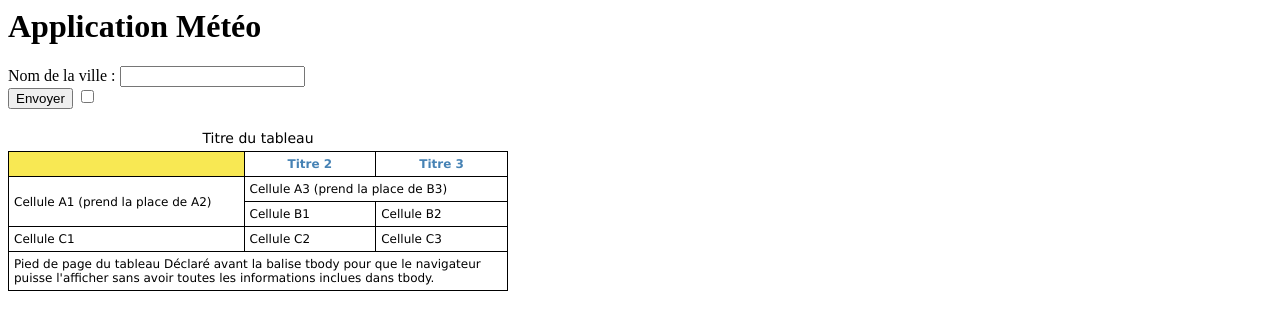
Repository: IFATech-Metz/dev-log-4
Page: projet.html
These files come from the project's save history. The page is drawn as it stood at one moment and after the next save; the edit follows.
The browser window is 1280 px wide. The pictures show the whole page.
The page's requests for data from a server got no answer.

Above is the page before, as saved 2019-01-21 20:17:05.

### projet.html
<html>
    <head>
        <title>Météo du jour</title>
        <script src="meteo.js"></script>
        <link rel="stylesheet" type="text/css" href="style.css">
    </head>
    <body onload="init_page()">
        <h1>Application M&eacute;t&eacute;o</h1>
        <p>
            Nom de la ville :
            <input type="text" id="ville" value=""><br>

            <button type="button" onclick="get_temperature()">Envoyer</button>
            <input type="checkbox" id="url_visibility">

        </p>

       <div id="url">
       </div>

        <div id="meteo">
        </div>
        <table rules="all" cellpadding="5px" style="width:500px; border:solid 1px black; font-family:verdana; font-size:12px;">
            <caption style="margin:5px; font-size:14px;">Titre du tableau</caption>
            <thead>
               <tr style="color:steelblue;">
                  <th  id="meteo"></th>
                  <th>Titre 2</th>
                  <th>Titre 3</th>
               </tr>
            </thead>
            <tfoot>
               <tr>
                  <td colspan="3">
                  Pied de page du tableau
                  Déclaré avant la balise tbody pour que le navigateur puisse l'afficher
                  sans avoir toutes les informations inclues dans tbody.
                  </td>
               </tr>
            </tfoot>
            <tbody>
               <tr>
                  <td rowspan="2">Cellule A1 (prend la place de A2)</td>
                  <td colspan="2">Cellule A3 (prend la place de B3)</td>
               </tr>
               <tr>
                  <td>Cellule B1</td>
                  <td>Cellule B2</td>
               </tr>
               <tr>
                  <td>Cellule C1</td>
                  <td>Cellule C2</td>
                  <td>Cellule C3</td>
               </tr>
            </tbody>
         </table>








        <div id="latitude">
        </div>
        <div id="longitude">
        </div>
        <div id="humidity">
        </div>
        <div id="sun_rise">
        </div>
        <div id="sun_set">
        </div>
        <div id="weather_value">
        </div>
        <div id="pressure">
        </div>
        <div id="temp_min">
        </div>
        <div id="temp_max">
        </div>
        <div id="speed">
        </div>
        <div id="direction">
        </div>
        <div id="clouds">
        </div>

        <img id="icon" src="">
    </body>
</html>

### meteo.js
var xhr = new XMLHttpRequest();

// Forme générale du lien :
// http://maps.openweathermap.org/maps/2.0/weather/TA2/{z}/{x}/{y}?
// date=1527811200&opacity=0.9&fill_bound=true&appid={api_key}

var base_url = "http://api.openweathermap.org/data/2.5/weather";
var city = "Metz";
var units = "metric";
var appid = "f5e810531af1756846022c6f387acf25";

function get_url() {
    return base_url + "?"
        + "q=" + city + "&"
        + "units=" + units + "&"
        + "appid=" + appid;

}

function init_page() {
    xhr.onreadystatechange = function() {
        if (this.readyState == 4 && this.status == 200) {

            document.getElementById("url").innerHTML = get_url();
//Temperature
            var response = JSON.parse(this.responseText);
            var temperature = response.main.temp;
//Latitude et longitude
            var latitude = response.coord.lat;
            var longitude = response.coord.lon;
//Humidité
           var humidity = response.main.humidity;
//levé et couché de soleil
            // Create a new JavaScript Date object based on the timestamp
            // multiplied by 1000 so that the argument is in milliseconds, not seconds.
        var dateL = new Date(response.sys.sunrise*1000);
        // Hours part from the timestamp
        var hoursL = dateL.getHours();
        // Minutes part from the timestamp
        var minutesL = "0" + dateL.getMinutes();
        // Seconds part from the timestamp
        var secondsL = "0" + dateL.getSeconds();

        // Will display time in 10:30:23 format
        var formattedTimeL = hoursL + ':' + minutesL.substr(-2) + ':' + secondsL.substr(-2);
            var sun_rise = formattedTimeL;

        var dateC = new Date(response.sys.sunset*1000);
        // Hours part from the timestamp
        var hoursC = dateC.getHours();
        // Minutes part from the timestamp
        var minutesC = "0" + dateC.getMinutes();
        // Seconds part from the timestamp
        var secondsC = "0" + dateC.getSeconds();

        // Will display time in 10:30:23 format
        var formattedTimeC = hoursC + ':' + minutesC.substr(-2) + ':' + secondsC.substr(-2);
        var sun_set = formattedTimeC;
// condition météo
            var weather_value = response.weather[0].main
//pression
            var pressure = response.main.pressure;
//temp_min
            var temp_min = response.main.temp_min;
//temp_max
            var temp_max = response.main.temp_max;
//wind speed
            var speed = response.wind.speed;
//wind direction
            var direction = response.wind.deg;
//clouds
            var clouds = response.clouds.all;
//Icone
            var icon = response.weather[0].icon;
            var src = "http://openweathermap.org/img/w/" + icon + ".png";


            document.getElementById("meteo").innerHTML = temperature;
            document.getElementById("latitude").innerHTML = latitude;
            document.getElementById("longitude").innerHTML = longitude;
            document.getElementById("humidity").innerHTML = humidity;
            document.getElementById("sun_rise").innerHTML = sun_rise;
            document.getElementById("sun_set").innerHTML = sun_set;
            document.getElementById("weather_value").innerHTML = weather_value;
            document.getElementById("pressure").innerHTML = pressure;
            document.getElementById("temp_min").innerHTML = temp_min;
            document.getElementById("temp_max").innerHTML = temp_max;
            document.getElementById("speed").innerHTML = speed;
            document.getElementById("direction").innerHTML = direction;
            document.getElementById("clouds").innerHTML = clouds;
            document.getElementById("icon").src = src;
        }
    }

    xhr.open("GET", get_url(), true)
    xhr.send()
}
function get_temperature() {
    city = document.getElementById("ville").value;

    xhr.onreadystatechange = function() {
        if (this.readyState == 4 && this.status == 200) {
            //TODO
            document.getElementById("url").innerHTML = get_url();

            if(document.getElementById("url_visibility").checked){
                document.getElementById("url").style.display = "block";
            }
            else{
                document.getElementById("url").style.display = "none";
            }

            var response = JSON.parse(this.responseText);
            var temperature = response.main.temp;
            var latitude = response.coord.lat;
            var longitude = response.coord.lon;
            var humidity = response.main.humidity;
            var dateL = new Date(response.sys.sunrise*1000);
            // Hours part from the timestamp
            var hoursL = dateL.getHours();
            // Minutes part from the timestamp
            var minutesL = "0" + dateL.getMinutes();
            // Seconds part from the timestamp
            var secondsL = "0" + dateL.getSeconds();

            // Will display time in 10:30:23 format
            var formattedTimeL = hoursL + ':' + minutesL.substr(-2) + ':' + secondsL.substr(-2);
            var sun_rise = formattedTimeL;

           var dateC = new Date(response.sys.sunset*1000);
            // Hours part from the timestamp
            var hoursC = dateC.getHours();
            // Minutes part from the timestamp
            var minutesC = "0" + dateC.getMinutes();
            // Seconds part from the timestamp
            var secondsC = "0" + dateC.getSeconds();

            // Will display time in 10:30:23 format
            var formattedTimeC = hoursC + ':' + minutesC.substr(-2) + ':' + secondsC.substr(-2);
            var sun_set = formattedTimeC;

            var weather_value = response.weather[0].main;
            var pressure = response.main.pressure;
            var temp_min = response.main.temp_min;
            var temp_max = response.main.temp_max;
            var speed = response.wind.speed;
            var direction = response.wind.deg;
            var clouds = response.clouds.all;

            var icon = response.weather[0].icon;
            var src = "http://openweathermap.org/img/w/" + icon + ".png";

            document.getElementById("meteo").innerHTML = temperature;
            document.getElementById("latitude").innerHTML = latitude;
            document.getElementById("longitude").innerHTML = longitude;
            document.getElementById("humidity").innerHTML = humidity;
            document.getElementById("sun_rise").innerHTML = sun_rise;
            document.getElementById("sun_set").innerHTML = sun_set;
            document.getElementById("weather_value").innerHTML = weather_value;
            document.getElementById("pressure").innerHTML = pressure;
            document.getElementById("temp_min").innerHTML = temp_min;
            document.getElementById("temp_max").innerHTML = temp_max;
            document.getElementById("speed").innerHTML = speed;
            document.getElementById("direction").innerHTML = direction;
            document.getElementById("clouds").innerHTML = clouds;

            document.getElementById("icon").src = src;
        }
    }

    xhr.open("GET", get_url(), true)
    xhr.send()
}

### style.css
#url {
    color: red;
    display: none;
}
#meteo {
    background: rgb(248, 232, 83);
    color: white;
}
#latitude {
    background: rgb(163, 75, 16);
    color: white;
}
#longitude {
    background: rgb(16, 109, 163);
    color: white;
}
#humidity {
    background: rgb(16, 109, 163);
    color: white;
}
#sun_rise {
    background: rgb(222, 236, 28);
    color: white;
}

#sun_set {
    background: rgb(236, 37, 210);
    color: white;
}
#weather_value {
    background: rgb(25, 247, 18);
    color: white;
}
#pressure {
    background: blue;
    color: white;
}
#temp_min {
    background: blue;
    color: white;
}
#temp_max {
    background: red;
    color: white;
}
#speed {
    background:green;
    color: white;
}
#direction {
    background:green;
    color: white;
}
#clouds {
    background: greenyellow;
    color: white;
}

After the next save:
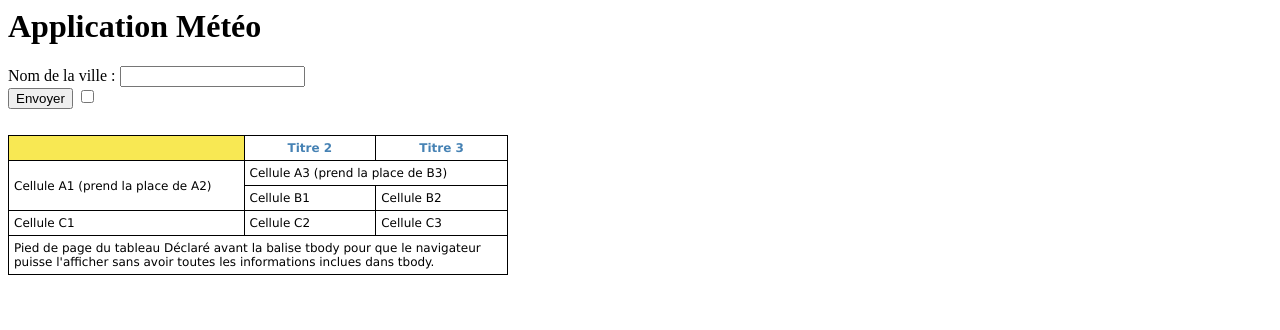
Saved 112 s later.
--- a/projet.html
+++ b/projet.html
@@ -21,7 +21,7 @@
         <div id="meteo">
         </div>
         <table rules="all" cellpadding="5px" style="width:500px; border:solid 1px black; font-family:verdana; font-size:12px;">
-            <caption style="margin:5px; font-size:14px;">Titre du tableau</caption>
+            <caption style="margin:5px; font-size:14px;";id="ville"></caption>
             <thead>
                <tr style="color:steelblue;">
                   <th  id="meteo"></th>
